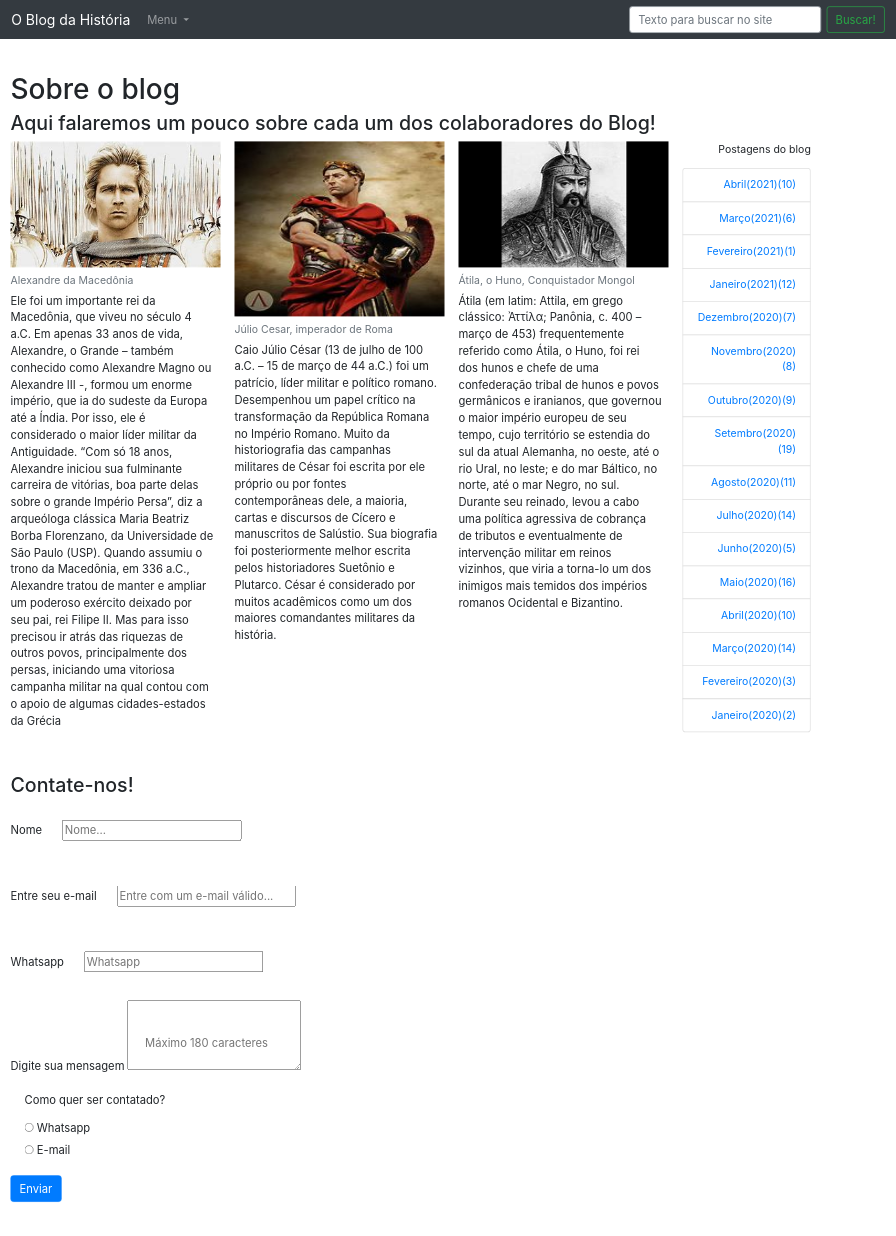
Repository: xhenrique/blog_layout_bootstrap
Page: source/sobre.html
The author's editor kept a copy of each file at every save. The page is drawn from the files as they stood at one save, then again after the next save.
The browser window is 1280 px wide. The pictures show the whole page, at 70% of full size.

Above is the page before, as saved 2021-04-25 03:25:01.

### source/sobre.html
<!DOCTYPE html>
<html lang="pt-br">
  <head>
    <!-- Meta tags Obrigatórias -->
    <meta charset="utf-8">
    <meta name="viewport" content="width=device-width, initial-scale=1, shrink-to-fit=no">

    <!-- Bootstrap CSS -->
    <link rel="stylesheet" href="https://stackpath.bootstrapcdn.com/bootstrap/4.1.3/css/bootstrap.min.css" integrity="sha384-MCw98/SFnGE8fJT3GXwEOngsV7Zt27NXFoaoApmYm81iuXoPkFOJwJ8ERdknLPMO" crossorigin="anonymous">
    <title>O Blog da História</title>
  </head>
  <body>
    <nav class="navbar navbar-expand-md navbar-dark bg-dark sticky-top">
        <a class = "navbar-brand" href="index.html">O Blog da História</a>

        <!--Especificações do que é cada um dos atributos!!!!!
            "aria-controls": define a relação entre os elementos, um elemento é pai e o outro filho, deve ser definido no pai, relacionando o filho;
            "data-target" : Define o que será exibido quando clicar na opção do menu;
            "data-toggle" : o que vai acontecer quando eu clicar em cima do botão, collapse, por exemplo, faz o botão expandir e retrair as opções;
            "aria-expanded" : Flag para o navegador informando que o elemento não está expandido;
            "aria-label" : é usado para definir uma string na tag do elemento atual.
        -->
        <button class="navbar-toggler" type="button" data-toggle="collapse" data-target="#navbarCfg" aria-controls="navbarCfg">
            <span class="navbar-toggler-icon"></span>
        </button>
        <div class="collapse navbar-collapse" id="navbarCfg">
            <ul class="navbar-nav mr-auto">
                <a class="nav-link dropdown-toggle" href="#" id="navbarDropdown" role="button" data-toggle="dropdown" aria-haspopup="true" aria-expanded="false">
                Menu
                </a>
                <div class="dropdown-menu" aria-labelledby="navbarDropdown">
                <a class="dropdown-item" href="index.html">Início</a>
                <a class="dropdown-item" href="sobre.html">Sobre</a>
                <a class="dropdown-item" href="posts.html">Postagens</a>
                <div class="dropdown-divider"></div>
                <p style="text-align: left; padding-left: 10px;"> Criado por: <br/>José Xavier<br/>UFPA - 2021</p>
                </div>
            </ul>
            <form class="form-inline my-2 my-lg-0">
            <input class="form-control mr-sm-2" type="search" placeholder="Texto para buscar no site" aria-label="Search">
            <button class="btn btn-outline-success my-2 my-sm-0" type="submit">Buscar!</button>
            </form>
        </div>
    </nav>

    <div class="container-fluid" id="sobreContainer">
        <div id="sobre_o_blog" class="text-left">
            <br/>
            <br/>
            <h1>Sobre o blog</h1>
            <h3>Aqui falaremos um pouco sobre cada um dos colaboradores do Blog!</h3>
        </div>
        <div class="row d-flex">
            <div class="col-md-3">
                <img class="figure-img" src="../img/alexandre.jpg" alt="Xandão"  style="height: 180px; width: 300px">
                <figcaption class="figure-caption" style="font-size: 15px; margin-bottom: 5px;">
                    Alexandre da Macedônia
                </figcaption>
                <p>Ele foi um importante rei da Macedônia, que viveu no século 4 a.C. Em apenas 33 anos de vida, Alexandre, o Grande – também conhecido como Alexandre Magno ou Alexandre III -, formou um enorme império, que ia do sudeste da Europa até a Índia. Por isso, ele é considerado o maior líder militar da Antiguidade. “Com só 18 anos, Alexandre iniciou sua fulminante carreira de vitórias, boa parte delas sobre o grande Império Persa”, diz a arqueóloga clássica Maria Beatriz Borba Florenzano, da Universidade de São Paulo (USP). Quando assumiu o trono da Macedônia, em 336 a.C., Alexandre tratou de manter e ampliar um poderoso exército deixado por seu pai, rei Filipe II. Mas para isso precisou ir atrás das riquezas de outros povos, principalmente dos persas, iniciando uma vitoriosa campanha militar na qual contou com o apoio de algumas cidades-estados da Grécia</p>
            </div>
            <div class="col-md-3">
                <img class="figure-img" src="../img/th.jfif" alt="imperador" style="height: 250px; width: 300px">
                <figcaption class="figure-caption" style="font-size: 15px; margin-bottom: 5px;">
                    Júlio Cesar, imperador de Roma
                </figcaption>
                <p>Caio Júlio César (13 de julho de 100 a.C. – 15 de março de 44 a.C.) foi um patrício, líder militar e político romano. Desempenhou um papel crítico na transformação da República Romana no Império Romano. Muito da historiografia das campanhas militares de César foi escrita por ele próprio ou por fontes contemporâneas dele, a maioria, cartas e discursos de Cícero e manuscritos de Salústio. Sua biografia foi posteriormente melhor escrita pelos historiadores Suetônio e Plutarco. César é considerado por muitos acadêmicos como um dos maiores comandantes militares da história.</p>
            </div>
            <div class="col-md-3">
                <img class="figure-img" src="../img/atila.jpg" alt="o_huno" style="height: 180px; width: 300px">
                <figcaption class="figure-caption" style="font-size: 15px; margin-bottom: 5px;">
                        Átila, o Huno, Conquistador Mongol
                </figcaption>
                <p>Átila (em latim: Attila, em grego clássico: Ἀττίλα; Panônia, c. 400 – março de 453) frequentemente referido como Átila, o Huno, foi rei dos hunos e chefe de uma confederação tribal de hunos e povos germânicos e iranianos, que governou o maior império europeu de seu tempo, cujo território se estendia do sul da atual Alemanha, no oeste, até o rio Ural, no leste; e do mar Báltico, no norte, até o mar Negro, no sul. Durante seu reinado, levou a cabo uma política agressiva de cobrança de tributos e eventualmente de intervenção militar em reinos vizinhos, que viria a torna-lo um dos inimigos mais temidos dos impérios romanos Ocidental e Bizantino.</p>
            </div>
                <div class="col-md-2">
                    <div class="text-right" style="font-size: 15px;">
                        <p>Postagens do blog</p>
                        <ul class="list-group">
                            <!--Javascript provavelmente entraria aqui, iterando sobre uma lista/matriz e exibindo a quantida de postagens por mês/ano-->
                            <li class="list-group-item"><a href="">Abril(2021)(10)</a></li>
                            <li class="list-group-item"><a href="">Março(2021)(6)</a></li>
                            <li class="list-group-item"><a href="">Fevereiro(2021)(1)</a></li>
                            <li class="list-group-item"><a href="">Janeiro(2021)(12)</a></li>
                            <li class="list-group-item"><a href="">Dezembro(2020)(7)</a></li>
                            <li class="list-group-item"><a href="">Novembro(2020)(8)</a></li>
                            <li class="list-group-item"><a href="">Outubro(2020)(9)</a></li>
                            <li class="list-group-item"><a href="">Setembro(2020)(19)</a></li>
                            <li class="list-group-item"><a href="">Agosto(2020)(11)</a></li>
                            <li class="list-group-item"><a href="">Julho(2020)(14)</a></li>
                            <li class="list-group-item"><a href="">Junho(2020)(5)</a></li>
                            <li class="list-group-item"><a href="">Maio(2020)(16)</a></li>
                            <li class="list-group-item"><a href="">Abril(2020)(10)</a></li>
                            <li class="list-group-item"><a href="">Março(2020)(14)</a></li>
                            <li class="list-group-item"><a href="">Fevereiro(2020)(3)</a></li>
                            <li class="list-group-item"><a href="">Janeiro(2020)(2)</a></li>
                        </ul>
                    </div>
                </div>
        </div>

        <form>
            <br/>
            <br/>

            <h3>
                Contate-nos!
            </h3>
            <div class="mb-3">
                <label for="nameInput" class="form-label">Nome</label>
                <input class="m-4" type="name" placeholder="Nome..." class="form-control" id="nameInput"  required>
            </div>
            <div class="mb-3">
                <label for="inputEmail" class="form-label">Entre seu e-mail</label>
                <input class= "m-4" type="email" placeholder="Entre com um e-mail válido..." class="form-control" id="inputEmail"  required>
            </div>
              <div class="mb-3">
                <label for="wppInput" class="form-label">Whatsapp</label>
                <input class="m-4" type="text" placeholder="Whatsapp" class="form-control" id="wppInput">
              </div>
              <div class="mb-3">
                <label for="msgInput" class="form-label">Digite sua mensagem</label>
                <textarea class="pt-xl-5 pl-xl-4" type="text" placeholder="Máximo 180 caracteres" maxlength="180" class="form-control form-control-lg" id="msgInput"></textarea>
              </div>
              <div class="mb-3 form-check">
                  <p>Como quer ser contatado?
                  </p>
                  <input type="radio" id="wpp" name="whatsapp" value="Whatsapp">
                  <label for="wpp">Whatsapp</label><br>
                  <input type="radio" id="e-mail" name="email" value="E-mail">
                  <label for="e-mail">E-mail</label><br>
              </div>
              <button class="btn btn-primary" type="submit" aria-label="btnSubmmit">Enviar</button>
              <br>
              <br>
              <br>
        </form>
    </div>


    <!-- JavaScript (Opcional) -->
    <!-- jQuery primeiro, depois Popper.js, depois Bootstrap JS -->
    <script src="https://code.jquery.com/jquery-3.3.1.slim.min.js" integrity="sha384-q8i/X+965DzO0rT7abK41JStQIAqVgRVzpbzo5smXKp4YfRvH+8abtTE1Pi6jizo" crossorigin="anonymous"></script>
    <script src="https://cdnjs.cloudflare.com/ajax/libs/popper.js/1.14.3/umd/popper.min.js" integrity="sha384-ZMP7rVo3mIykV+2+9J3UJ46jBk0WLaUAdn689aCwoqbBJiSnjAK/l8WvCWPIPm49" crossorigin="anonymous"></script>
    <script src="https://stackpath.bootstrapcdn.com/bootstrap/4.1.3/js/bootstrap.min.js" integrity="sha384-ChfqqxuZUCnJSK3+MXmPNIyE6ZbWh2IMqE241rYiqJxyMiZ6OW/JmZQ5stwEULTy" crossorigin="anonymous"></script>
  </body>
</html>

After the next save:
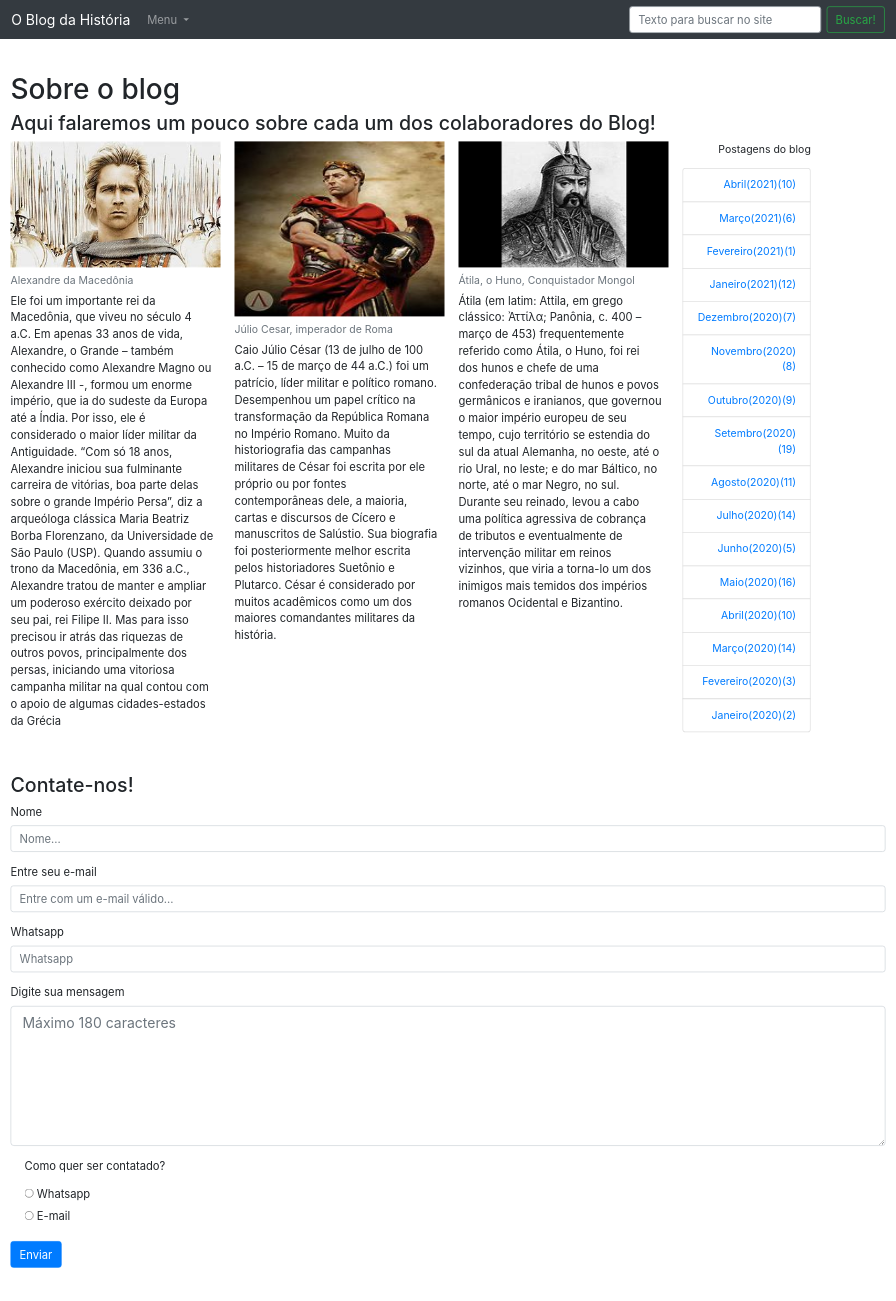
Saved 17 s later.
--- a/source/sobre.html
+++ b/source/sobre.html
@@ -107,19 +107,19 @@
             </h3>
             <div class="mb-3">
                 <label for="nameInput" class="form-label">Nome</label>
-                <input class="m-4" type="name" placeholder="Nome..." class="form-control" id="nameInput"  required>
+                <input type="text" placeholder="Nome..." class="form-control" id="nameInput"  required>
             </div>
             <div class="mb-3">
                 <label for="inputEmail" class="form-label">Entre seu e-mail</label>
-                <input class= "m-4" type="email" placeholder="Entre com um e-mail válido..." class="form-control" id="inputEmail"  required>
+                <input type="email" placeholder="Entre com um e-mail válido..." class="form-control" id="inputEmail"  required>
             </div>
               <div class="mb-3">
                 <label for="wppInput" class="form-label">Whatsapp</label>
-                <input class="m-4" type="text" placeholder="Whatsapp" class="form-control" id="wppInput">
+                <input type="text" placeholder="Whatsapp" class="form-control" id="wppInput">
               </div>
               <div class="mb-3">
                 <label for="msgInput" class="form-label">Digite sua mensagem</label>
-                <textarea class="pt-xl-5 pl-xl-4" type="text" placeholder="Máximo 180 caracteres" maxlength="180" class="form-control form-control-lg" id="msgInput"></textarea>
+                <textarea type="text" placeholder="Máximo 180 caracteres" maxlength="180" class="form-control form-control-lg" id="msgInput" style="height: 200px;"></textarea>
               </div>
               <div class="mb-3 form-check">
                   <p>Como quer ser contatado?
